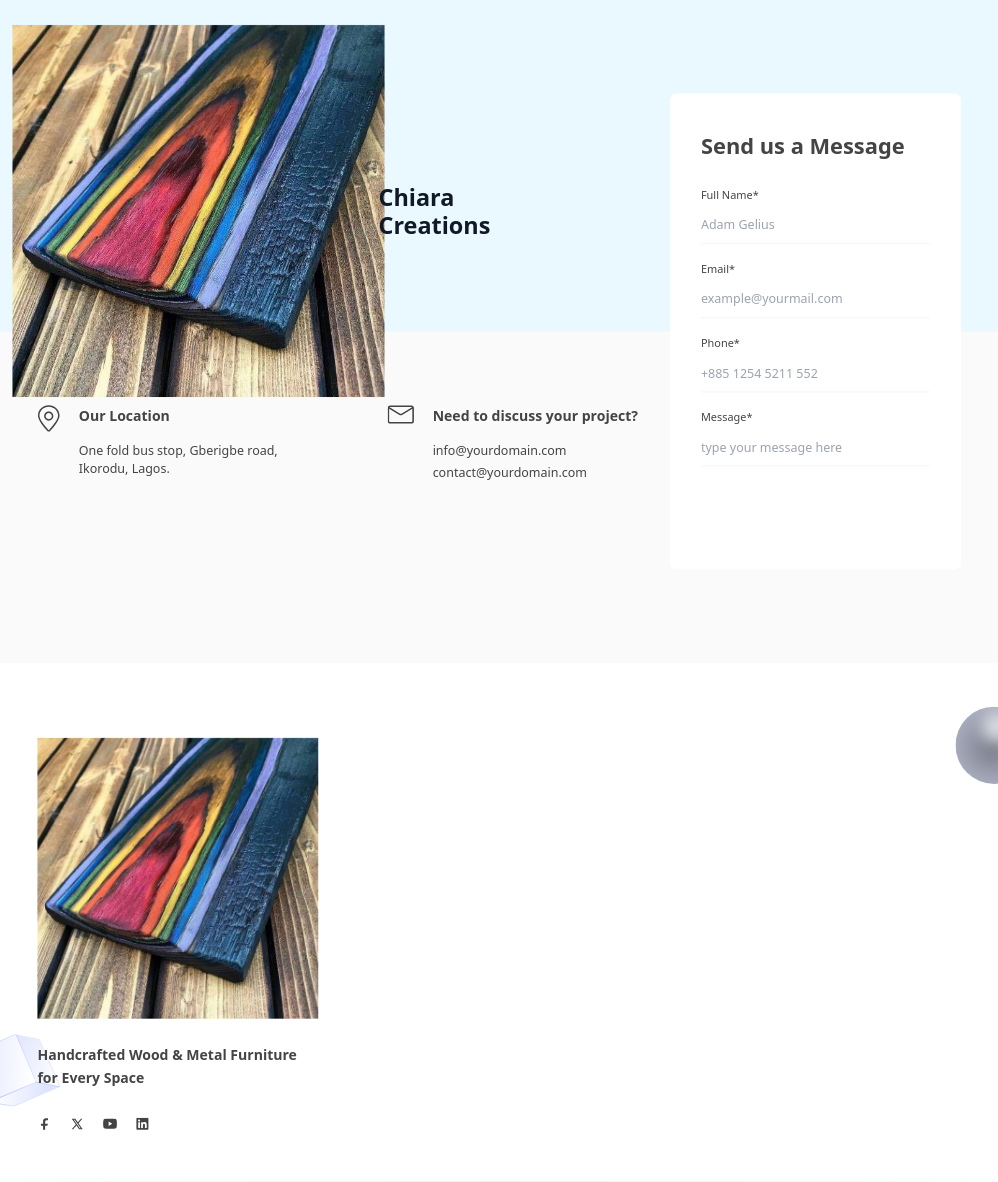
Repository: SuezDevelopment/chiara_creations
Page: /
An editor plug-in stored every save of this project. The page is shown before and after a run of saves, followed by the edit.
The browser window is 1280 px wide. The pictures show the whole page, at 78% of full size.
The project was rebuilt for these pictures with package versions that can differ from the ones it lists, and the page was loaded fresh each time. The framework's server and built-in components were replaced by stand-ins that run in the browser. Also part of the build but not shown: next.config.mjs.

Above is the page before, as saved 2024-03-07 13:13:57.

After the next 2 saves:
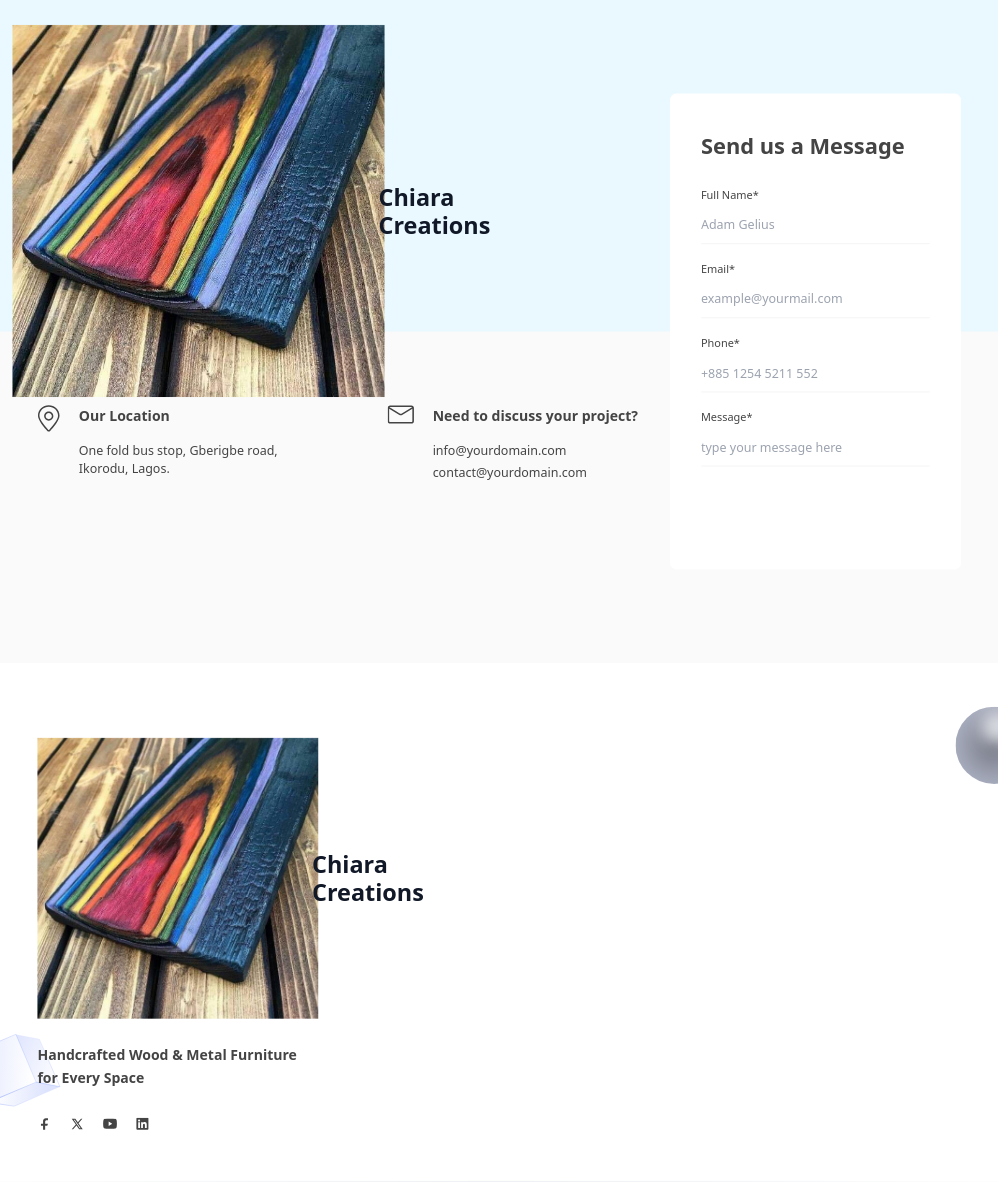
The 2 saves are shown as one change because they came seconds apart.
The last was saved 37 s later.
--- a/src/components/ui/footer.tsx
+++ b/src/components/ui/footer.tsx
@@ -25,6 +25,7 @@ const Footer = () => {
                     width={40}
                     height={30}
                   />
+                  <span className="text-2xl sm:text-xl md:text-3xl font-bold text-gray-900 dark:text-gray">Chiara Creations</span>
                 </Link>
                 <p className="mb-9 leading-relaxed font-bold text-lg text-body-color dark:text-body-color-dark">
                     Handcrafted Wood & Metal Furniture for Every Space
